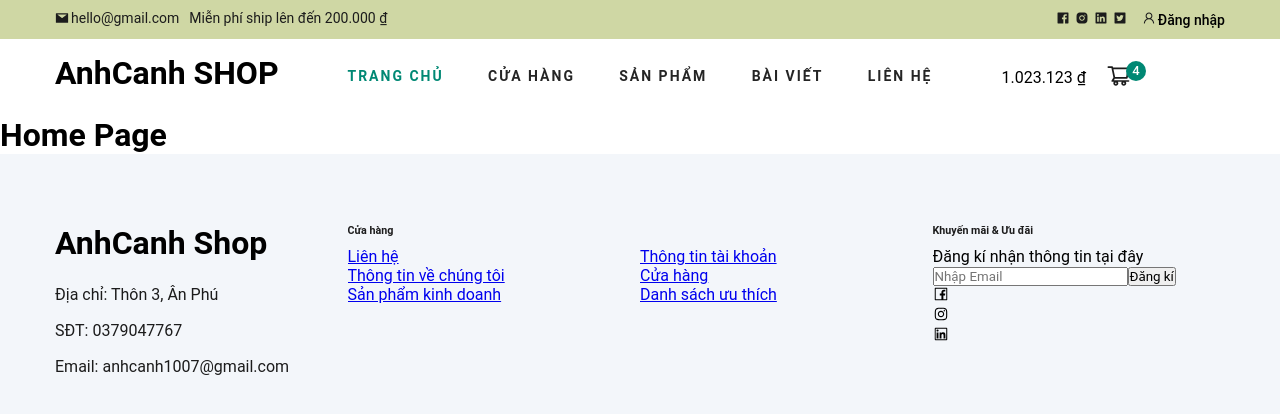
Repository: anhcanh1007/show_product
Page: /
An editor plug-in stored every save of this project. The page is shown before and after a run of saves, followed by the edit.
The browser window is 1280 px wide. The pictures show the whole page.
The project was rebuilt for these pictures with package versions that can differ from the ones it lists, and the page was loaded fresh each time. Imported but missing from the stored project, and not drawn on this page: src/pages/user/profilePage.

Above is the page before, as saved 2024-01-26 23:05:36.

After the next 2 saves:
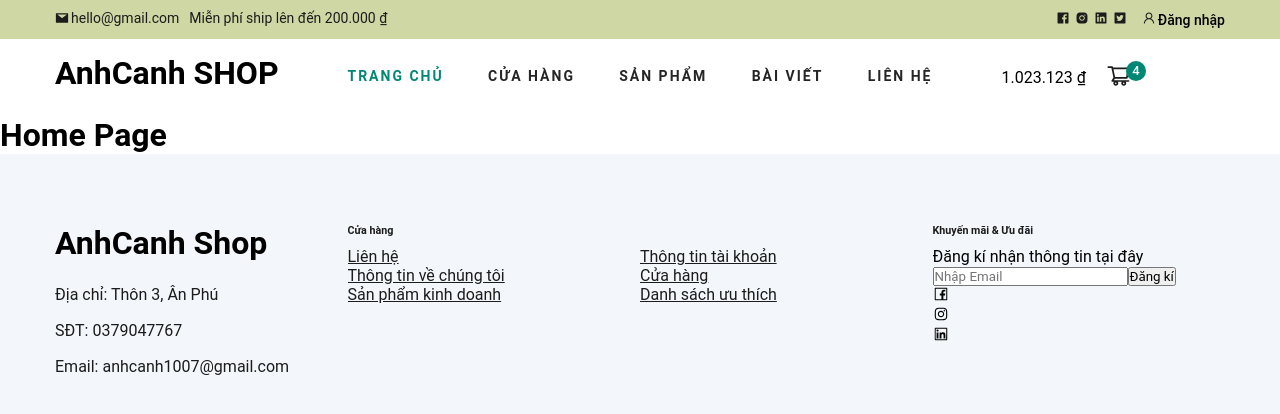
The 2 saves are shown as one change because they came seconds apart.
The last was saved 8 s later.
--- a/src/pages/user/theme/footer/style.scss
+++ b/src/pages/user/theme/footer/style.scss
@@ -43,6 +43,7 @@
                 list-style: none;
 
                 a {
+                    color: map.get($theme-colors,'normal_text');
 
                 }
             }
